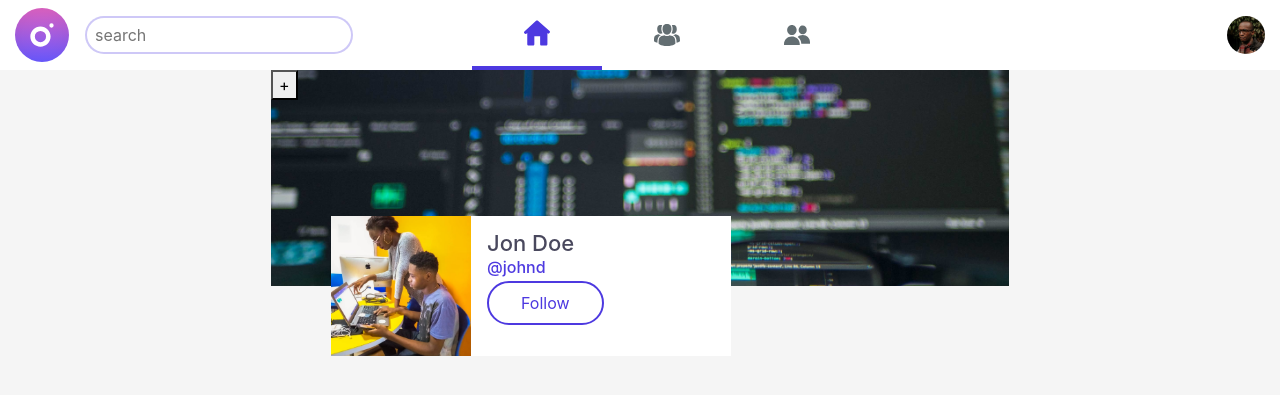
Repository: Flovet-stack/memic
Page: admin-profile.html
The author's editor kept a copy of each file at every save. The page is drawn from the files as they stood at one save, then again after the next save.
The browser window is 1280 px wide. The pictures show the whole page.
The pointer rests on the first visible `.follow-btn`.
Some web fonts or font styles are not loaded; a fallback is used.

Above is the page before, as saved 2020-10-27 23:15:08.
Console error: TypeError: Cannot read properties of undefined (reading 'fn')

After the next save:
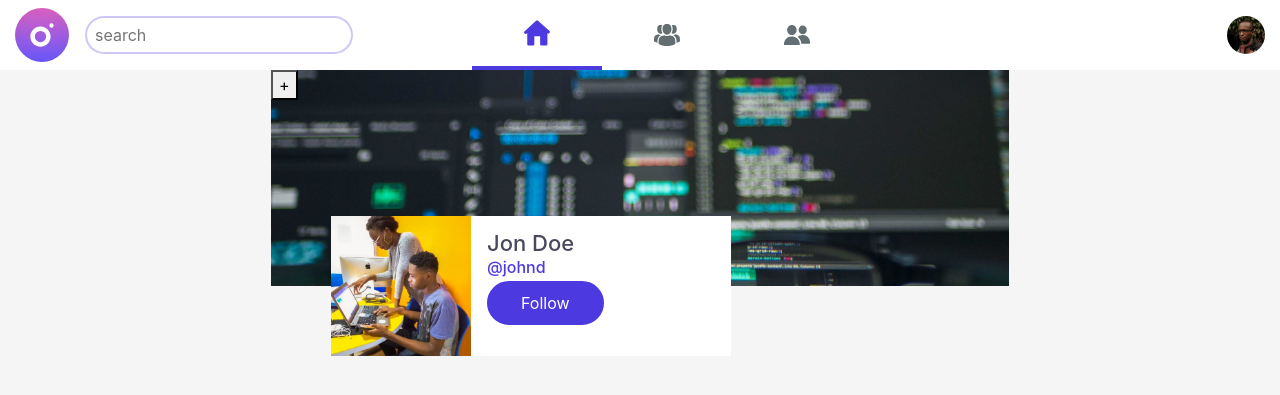
Saved 43 s later.
--- a/css/main-styles.css
+++ b/css/main-styles.css
@@ -62,3 +62,7 @@ a {
     border-radius: var(--border-radius);
     color: var(--secondary-color);
 }
+.follow-btn:hover {
+    background-color: var(--secondary-color);
+    color: var(--white);
+}
